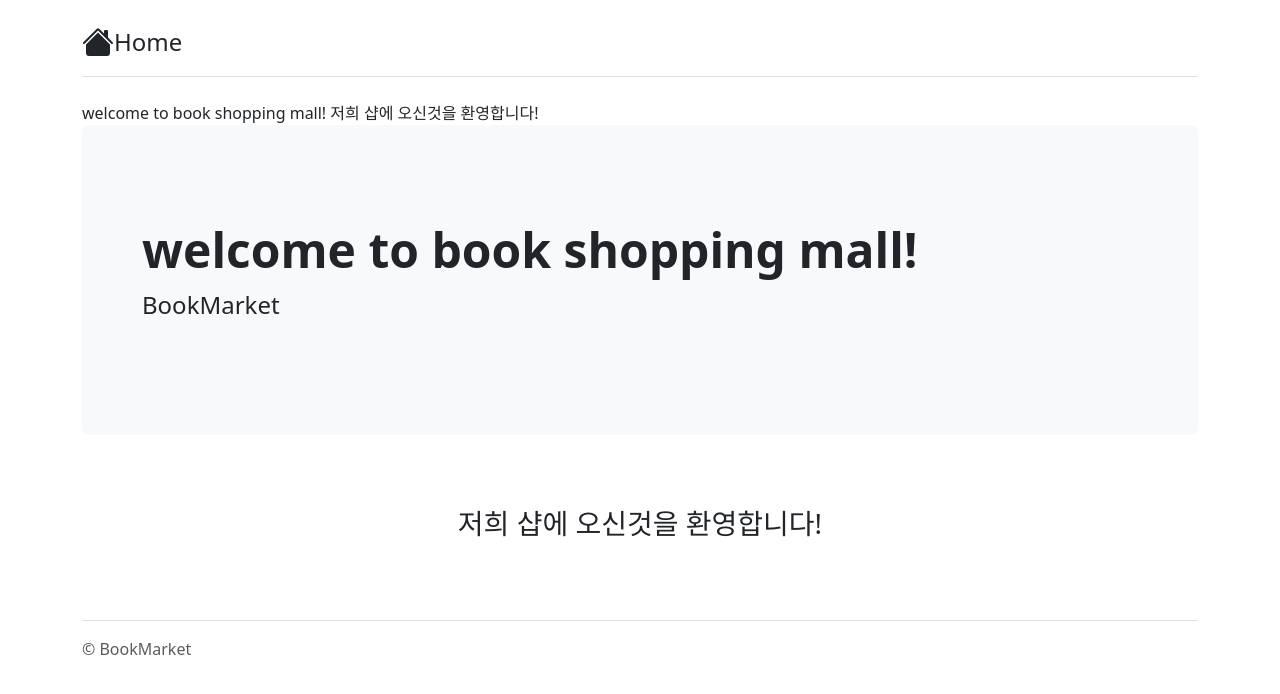
Repository: soieu/newdeal
Page: http://localhost/BookMarket/
An editor plug-in stored every save of this project. The page is shown before and after the next save, followed by the edit.
The browser window is 1280 px wide. The pictures show the whole page.
The page is served by Tomcat 9.

Above is the page before, as saved 2024-06-10 06:32:41.

After the next save:
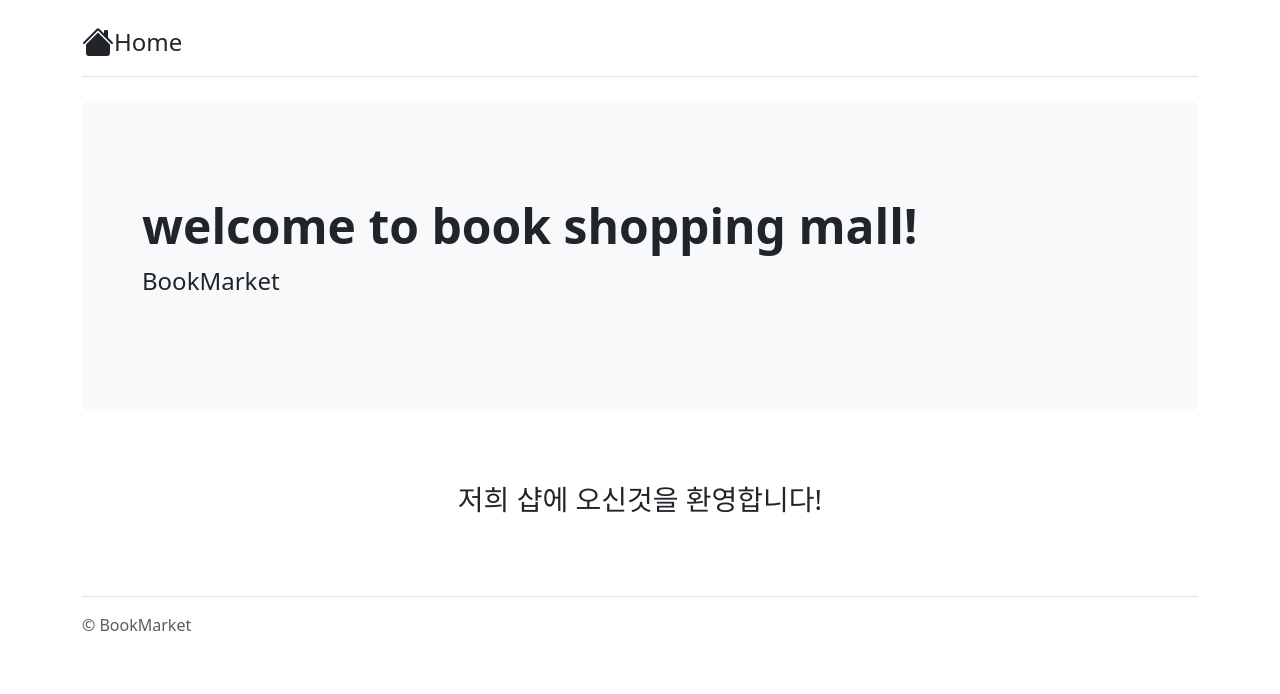
Saved 24 s later.
--- a/eclipse-workspace/BookMarket/src/main/webapp/index.jsp
+++ b/eclipse-workspace/BookMarket/src/main/webapp/index.jsp
@@ -22,8 +22,7 @@
     String greeting = "welcome to book shopping mall!";
     String tagline = "저희 샵에 오신것을 환영합니다!";
     %>
-    <%=greeting %>
-    <%=tagline %>
+
      <div class="p-5 mb-4 bg-body-tertiary rounded-3">
       <div class="container-fluid py-5">
         <h1 class="display-5 fw-bold"><%=greeting%></h1>
